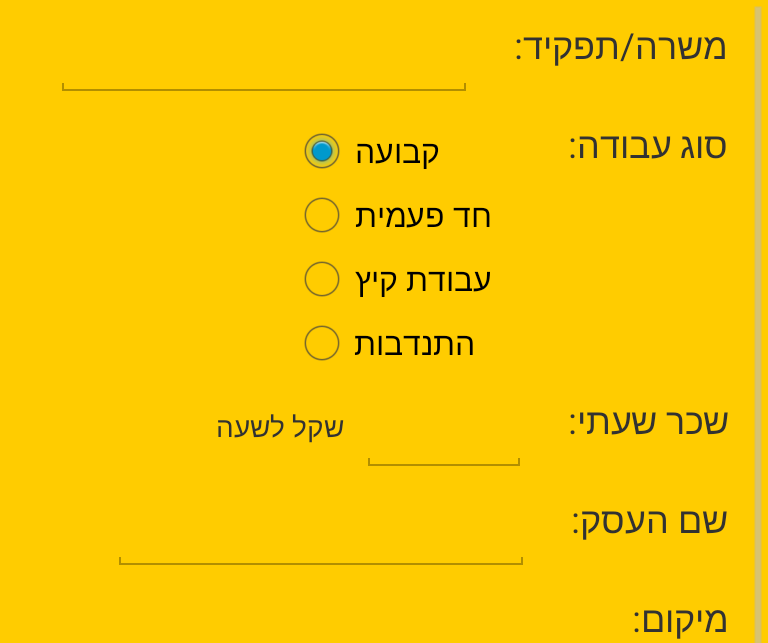
Repository: rodi055/jobli
Layout: Jobli/res/layout/fragment_create_job.xml
The author's editor kept a copy of each file at every save. The layout is drawn from the files as they stood at one save, then again after the next save.
The pictures show rows 0 to 643 of an output 1280 px tall.
Pictures or frames that could not be fetched are drawn as grey boxes. It is drawn on a 768 x 1280 px phone screen (xhdpi) without system bars, with theme AppTheme; the app's code is not run. The app's manifest (not shown) leaves right-to-left support off. So textAlignment, textDirection and layoutDirection are ignored, and left and right values win over start and end ones.

Above is the layout before, as saved 2015-01-03 12:16:13.

After the next save:
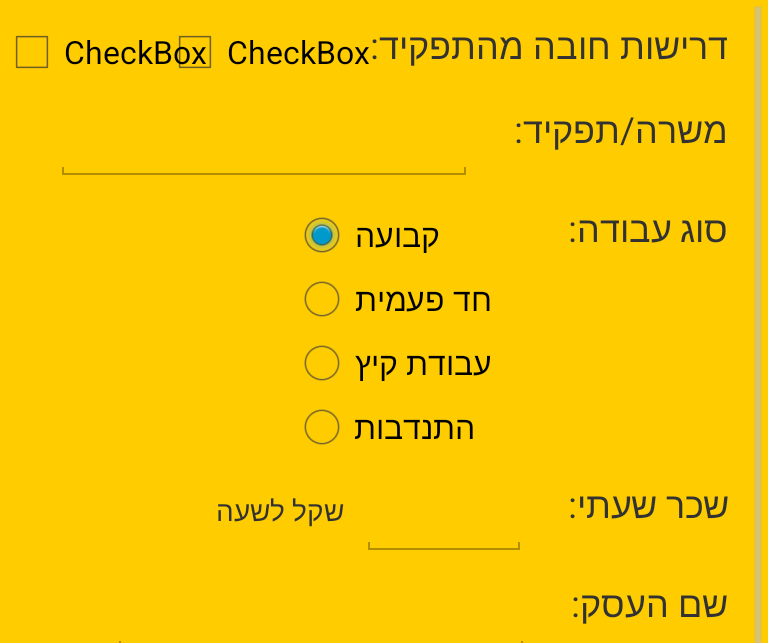
Saved 2 min 32 s later.
--- a/Jobli/res/layout/fragment_create_job.xml
+++ b/Jobli/res/layout/fragment_create_job.xml
@@ -14,6 +14,44 @@
             android:layout_height="wrap_content"
             android:orientation="vertical" >
 
+
+                        <RelativeLayout
+                android:layout_width="wrap_content"
+                android:layout_height="wrap_content"
+                android:layout_marginTop="10dp" >
+
+                <TextView
+                    android:id="@+id/textView10"
+                    android:layout_width="wrap_content"
+                    android:layout_height="wrap_content"
+                    android:layout_alignParentEnd="true"
+                    android:layout_alignParentRight="true"
+                    android:layout_alignParentTop="true"
+                    android:layout_marginEnd="20dp"
+                    android:layout_marginRight="20dp"
+                    android:text="דרישות חובה מהתפקיד:"
+                    android:textSize="18sp" />
+
+                <CheckBox
+                    android:id="@+id/checkBox2"
+                    android:layout_width="wrap_content"
+                    android:layout_height="wrap_content"
+                    android:layout_alignParentTop="true"
+                    android:layout_toLeftOf="@+id/textView10"
+                    android:text="CheckBox" />
+
+                <CheckBox
+                    android:id="@+id/checkBox3"
+                    android:layout_width="wrap_content"
+                    android:layout_height="wrap_content"
+                    android:layout_below="@+id/checkBox2"
+                    android:layout_alignParentTop="true"
+                    android:text="CheckBox" />
+
+            </RelativeLayout>
+
+
+
             <RelativeLayout
                 android:layout_width="wrap_content"
                 android:layout_height="wrap_content"
@@ -298,23 +336,7 @@
                     android:textSize="12sp" />
             </RelativeLayout>
 
-            <RelativeLayout
-                android:layout_width="wrap_content"
-                android:layout_height="wrap_content"
-                android:layout_marginTop="10dp" >
-
-                <TextView
-                    android:id="@+id/textView10"
-                    android:layout_width="wrap_content"
-                    android:layout_height="wrap_content"
-                    android:layout_alignParentEnd="true"
-                    android:layout_alignParentRight="true"
-                    android:layout_alignParentTop="true"
-                    android:layout_marginEnd="20dp"
-                    android:layout_marginRight="20dp"
-                    android:text="דרישות חובה מהתפקיד:"
-                    android:textSize="18sp" />
-            </RelativeLayout>
+
         </LinearLayout>
     </ScrollView>
 
